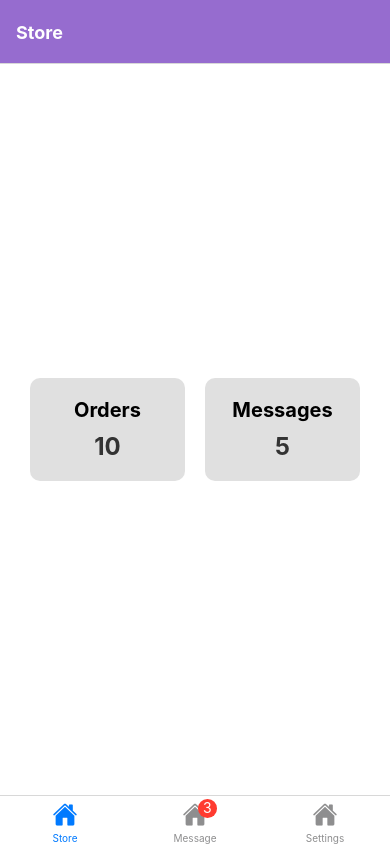
Repository: Waikato153/AwesomeProject
Screen: /
The author's editor kept a copy of each file at every save. The screen is drawn from the files as they stood at one save, then again after the next save.
The app was drawn by React Native's web renderer in a window 390 px wide. The project was rebuilt for these pictures with package versions that can differ from the ones it lists, and the page was loaded fresh each time.

Above is the screen before, as saved 2024-02-28 17:16:45.

### App.js
import * as React from 'react';
import { Text, View, StyleSheet} from 'react-native';
import { NavigationContainer } from '@react-navigation/native';
import { createBottomTabNavigator } from '@react-navigation/bottom-tabs';
import { Ionicons } from '@expo/vector-icons';

import HomeScreen from './screens/HomeScreen';

function SettingsScreen() {
  return (
    <View style={{ flex: 1, justifyContent: 'center', alignItems: 'center' }}>
      <Text>Settings!</Text>
    </View>
  );
}


const styles = StyleSheet.create({
  container: {
    flex: 1,
    justifyContent: 'center',
    backgroundColor: 'white',
    alignItems: 'center',
    padding: 8,
  },
  paragraph: {
    margin: 24,
    fontSize: 18,
    fontWeight: 'bold',
    textAlign: 'center',
  },
});

const Tab = createBottomTabNavigator();

function MyTabs() {
  return (

    <Tab.Navigator
      screenOptions={{
        tabBarIcon: ({ color, size }) => (
          <Ionicons name="home" color={color} size={size} />
        ),
        headerStyle: {
          backgroundColor: '#966ccf',
        },
        headerTintColor: '#fff',
        headerTitleStyle: {
          fontWeight: 'bold',
        },
      }}
    >
      <Tab.Screen
        name="Store"
        component={HomeScreen}

      />
      <Tab.Screen
        name="Message"
        component={SettingsScreen}
        options={{
          tabBarBadge: 3
        }}
      />
      <Tab.Screen
        name="Settings"
        component={SettingsScreen}
      />
    </Tab.Navigator>
  );
}

export default function App() {
  return (
    <NavigationContainer>
      <MyTabs />
    </NavigationContainer>
  );
}

### screens/HomeScreen.js
import React from 'react';
import { View, Text, StyleSheet } from 'react-native';

const HomeScreen = () => {
  return (
    <View style={styles.container}>
      <View style={styles.block}>
        <Text style={styles.title}>Orders</Text>
        <Text style={styles.count}>10</Text>
      </View>
      <View style={styles.block}>
        <Text style={styles.title}>Messages</Text>
        <Text style={styles.count}>5</Text>
      </View>
    </View>
  );
};



const styles = StyleSheet.create({
  container: {
    flex: 1,
    flexDirection: 'row',
    justifyContent: 'space-around',
    alignItems: 'center',
    backgroundColor: '#ffffff',
    padding: 20,
  },
  block: {
    flex: 1,
    justifyContent: 'center',
    alignItems: 'center',
    backgroundColor: '#e0e0e0',
    borderRadius: 10,
    padding: 20,
    margin: 10,
  },
  title: {
    fontSize: 20,
    fontWeight: 'bold',
    marginBottom: 10,
  },
  count: {
    fontSize: 24,
    fontWeight: 'bold',
    color: '#333333',
  },
});



export default HomeScreen;

After the next save:
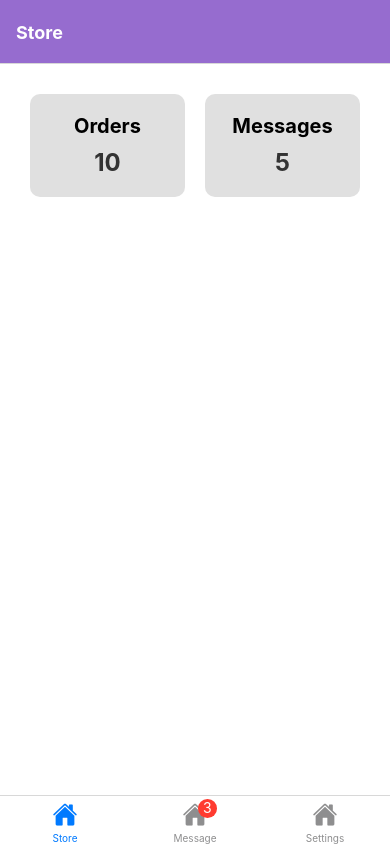
Saved 35 s later.
--- a/screens/HomeScreen.js
+++ b/screens/HomeScreen.js
@@ -23,7 +23,7 @@ const styles = StyleSheet.create({
     flex: 1,
     flexDirection: 'row',
     justifyContent: 'space-around',
-    alignItems: 'center',
+    alignItems: 'flex-start',
     backgroundColor: '#ffffff',
     padding: 20,
   },
